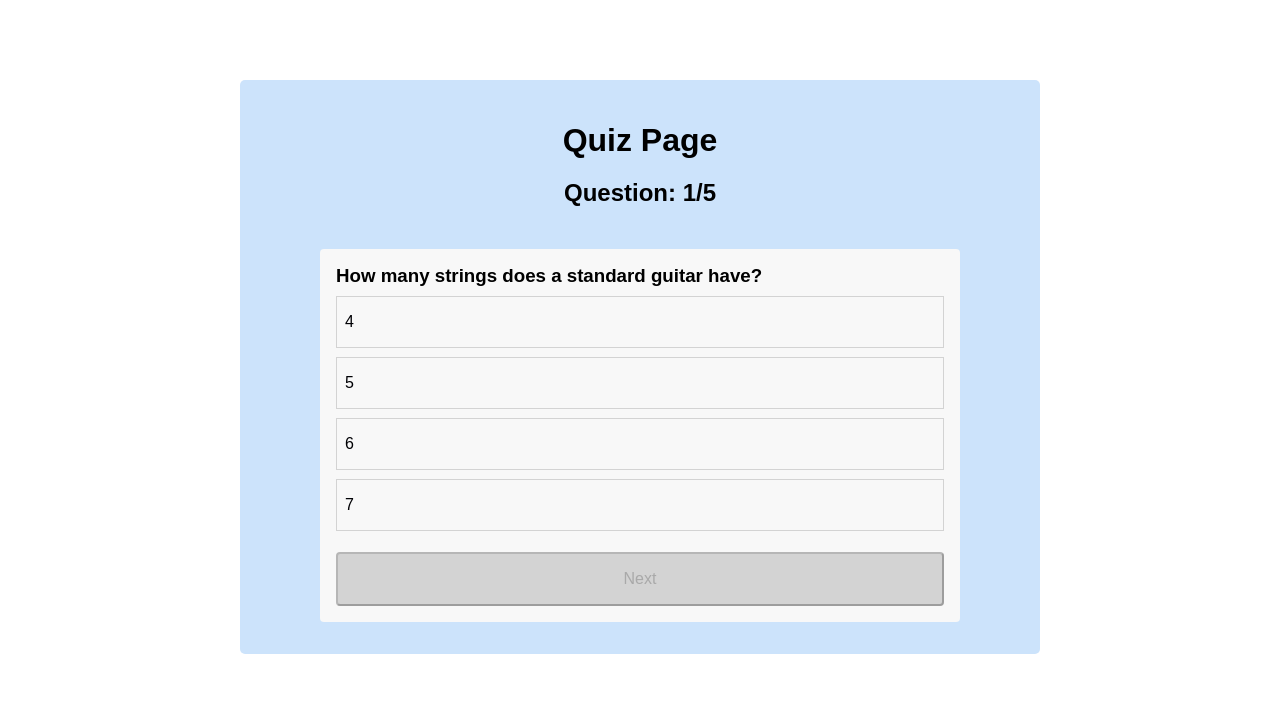
Repository: 1medi/pocketprof
Page: /quiz/page
These files come from the project's save history. The page is drawn as it stood at one moment and after the next save; the edit follows.
The browser window is 1280 px wide. The pictures show the whole page.
The project was rebuilt for these pictures with package versions that can differ from the ones it lists, and the page was loaded fresh each time. The framework's server and built-in components were replaced by stand-ins that run in the browser. Also part of the build but not shown: next.config.mjs, Components/Buttons/Oscar/Oscar.module.css, Components/Buttons/Oscar/index.js.

Above is the page before, as saved 2024-04-12 21:14:13.

### pages/quiz/page.jsx
'use client';
import React, { useState, useRef, useEffect } from 'react';
import { quiz } from "../data"
import styles from "./page.module.css"
import { Montserrat } from "next/font/google"

const notoSans = Montserrat({
  subsets: ['latin'],
});

export default function Page() {
  const [activeQuestion, setActiveQuestion] = useState(0);
  const [selectedAnswer, setSelectedAnswer] = useState('');
  const [checked, setChecked] = useState(false);
  const [selectedAnswerIndex, setSelectedAnswerIndex] = useState(null);
  const [showResult, setShowResult] = useState(false);
  const [result, setResult] = useState({
    score: 0,
    correctAnswers: 0,
    wrongAnswers: 0,
  });

  const nextButtonRef = useRef(null);

  const { questions } = quiz;
  const { answers, correctAnswer } = questions[activeQuestion];

  const onAnswerSelected = (answer, idx, event = null) => {
    if (event && event.type === 'keydown' && (event.key !== 'Enter' && event.key !== ' ')) {
      return;
    }
    setChecked(true);
    setSelectedAnswerIndex(idx);
    if (answer === correctAnswer) {
      setSelectedAnswer(true);
      console.log('true');
    } else {
      setSelectedAnswer(false);
      console.log('false');
    }
  };


  useEffect(() => {
    if (checked && nextButtonRef.current) {
      nextButtonRef.current.focus();
    }
  }, [checked]);

  const nextQuestion = () => {
    setSelectedAnswerIndex(null);
    setResult((prev) =>
      selectedAnswer
        ? {
            ...prev,
            score: prev.score + 5,
            correctAnswers: prev.correctAnswers + 1,
          }
        : {...prev,
            wrongAnswers: prev.wrongAnswers + 1,
          }
    );
    if (activeQuestion !== questions.length - 1) {
      setActiveQuestion((prev) => prev + 1);
    } else {
      setActiveQuestion(0);
      setShowResult(true);
    }
    setChecked(false);
  };

  return (
    <>
        <div className={`${styles.container}`}>
      <h1 className={styles.title}>Quiz Page</h1>
      <div>
        <h2 className={styles.activeQ}>
          Question: {activeQuestion + 1}
          <span>/{questions.length}</span>
        </h2>
      </div>
      <div>
        {!showResult ? (
          <div className={styles.quizContainer}>
            <h3 className={styles.question}>{questions[activeQuestion].question}</h3>
            {answers.map((answer, idx) => (
              <li
                key={idx}
                onClick={() => onAnswerSelected(answer, idx)}
                onKeyDown={(event) => onAnswerSelected(answer, idx, event)}
                className={`${styles.answerList} ${selectedAnswerIndex === idx ? styles.itemSelected : styles.itemHover}`}
                tabIndex={0}>
                <span>{answer}</span>
              </li>
            ))}

            <button
              ref={nextButtonRef}
              onClick={nextQuestion}
              className={checked ? styles.btn : styles.btnDisabled}
              tabIndex={2}
              disabled={!checked}>
              {activeQuestion === questions.length - 1 ? 'Finish' : 'Next'}
            </button>
          </div>
        ) : (
          <div className={styles.quizContainer}>
            <h3 className={styles.hthree}>Results</h3>
            <h3 className={styles.hthree}>Overall {(result.score / (questions.length * 5)) * 100}%</h3>
            <p className={styles.paragraph}>
              Total Questions: <span>{questions.length}</span>
            </p>
            <p className={styles.paragraph}>
              Total Score: <span>{result.score}</span>
            </p>
            <p className={styles.paragraph}>
              Correct Answers: <span>{result.correctAnswers}</span>
            </p>
            <p className={styles.paragraph}>
              Wrong Answers: <span>{result.wrongAnswers}</span>
            </p>
            <button className={styles.btn} onClick={() => window.location.reload()}>Restart</button>
          </div>
        )}
      </div>
    </div>
    </>

  );
};

### pages/api/chat-gpt/route.js
import { NextResponse } from "next/server";

export async function POST(request) {
  return NextResponse.json({
    name: "IT WORKS!!!",
  });
}

### styles/globals.css
:root {
background-color: white;
align-content: center;
--main-color-purple: #53239B;
--main-color-lightpurple: #CCBFED;
--secondary-color-blue: #9AB7F9;
--secondary-color-lightblue: #CCE3FB;

--main-font: "mont", sans-serif;


}


* {
    padding: 0;
    margin: 0;
  }

  ol,
  ul {
    list-style: none;
  }

### pages/data.js
export const quiz = {
    totalQuestions: 5,
    questions: [
      {
        id: 1,
        question: 'How many strings does a standard guitar have?',
        answers: ['4', '5', '6', '7'],
        correctAnswer: '6',
      },
      {
        id: 2,
        question: 'Which part of the guitar do you strum or pluck the strings with?',
        answers: ['Headstock', 'Fretboard', 'Body', 'Bridge'],
        correctAnswer: 'Body',
      },
      {
        id: 3,
        question: 'What is a pick used for in playing the guitar?',
        answers: ['Holding the strings down', 'Strumming or plucking the strings', 'Keeping the guitar in tune', 'San Marino'],
        correctAnswer: 'Strumming or plucking the strings',
      },
      {
        id: 4,
        question: 'What is the name of the thickest string on the guitar?',
        answers: ['A string', 'E string', 'D string', 'G string'],
        correctAnswer: 'E string',
      },
      {
        id: 5,
        question: 'Where do you place your fingers to play different notes on the guitar?',
        answers: ['On the body', 'On the headstock', 'On the strings over the fretboard', 'On the tuning pegs'],
        correctAnswer: 'On the strings over the fretboard',
      },
    ],
  };

### pages/quiz/page.module.css
.container{
  padding: 2rem 5rem;
  background-color: var(--secondary-color-lightblue);
  font-family: "Noto", sans-serif;
  max-width: 740px;
  width: 50%;
  margin: auto;
  margin-top: 5em;
  border-radius: 5px;
}

.title,
.activeQ{
  color: black;
  text-align: center;
  padding:10px;
}

.hthree {
  padding-bottom: 2rem;
  color: #000105;
  font-size: 1.8rem;
}

.btn {
  padding: 16px 8px;
  width: 100%;
  margin-top: 12px;
  font-size: 1rem;
  border-radius: 4px;
  cursor: pointer;
  background-color: var(--main-color-purple);
  color: #f8f8f8;
}

.btnDisabled {
  background-color: lightgray;
  padding: 16px 8px;
  width: 100%;
  margin-top: 12px;
  font-size: 1rem;
  border-radius: 4px;
  color: darkgray;

}

.answerList {
  list-style-type: none;
  cursor: pointer;
  margin: 9px 0;
  padding: 16px 8px;
  color: #000105;
  border: 1px solid lightgray;
}

.itemHover:hover {
  background-color: #CCBFED;
  columns: #fff;
}

.itemSelected {
  color: #fff;
  background-color:#8E71D5;
}

.quizContainer {
  background-color: #f8f8f8;
  padding: 1rem;
  margin-top: 2rem;
  border-radius: 4px;
}

.paragraph {
  padding: 8px 0;
}

### Components/Header/index.js
import styles from "@/Components/Header/Header.module.css"
import Link from "next/link"

export default function Header({
  name
}){
  return (
    <>
    <header className={styles.header}>
      <h1 className={styles.headerTitle}>{name}</h1>


    </header>
    </>
  )
}

### Components/Navbar/index.js
import styles from "./Navbar.module.css"
import Oscar from "@/Components/Buttons/Oscar"
import Link from "next/link"

export default function NavBar() {
  return (
    <nav className={styles.nav}>
        <div className={styles.navContainer}>
          <ul className={styles.navOptions}>
            <li className={styles.navLink}>
            <Link href={'/Components'} className={styles.navText}>Components </Link>
            </li>
            <li className={styles.navLink}>
            <Link href={'/LandingPage'} className={styles.navText}>Landing Page </Link>
            </li>
            <li className={styles.navLink}>
            <Link href={'/Profile'} className={styles.navText}>Profile </Link>
            </li>
            <li className={styles.navLink}>
            <Link href={'/QuizPage'} className={styles.navText}>Quiz</Link>
            </li>
            <li className={styles.navLink}>
            <Link href={'/Settings'} className={styles.navText}>Settings</Link>
            </li>
            <li className={styles.navLink}>
            <Link href={'/Subjects'} className={styles.navText}>Subjects</Link>
            </li>
          </ul>

        </div>
    </nav>
  )
}

### Components/Header/Header.module.css
.header {
  background: linear-gradient(
    to bottom right,
    var(--main-color-purple),
    var(--main-color-lightpurple),
    var(--secondary-color-lightblue),
    var(--secondary-color-blue)
  );
  max-width: 430px;
  width: 100%;
}

### Components/Navbar/Navbar.module.css
.nav {
  position: fixed;
  bottom: 0;
  left: 0;
  max-width: 430px;
  width: 100%;
  display: flex;
  flex-direction: row;
  background-color:#8E71D5;
  justify-content: center;
}

.buttonContainer{
  padding:10px;

}

.navOptions{
  display: flex;
  flex-direction: row;
  text-align: center;
  justify-content: center;
  padding: 10px;
  text-decoration: none;
}

.navLink{
  padding: 10px;
  border-radius: 10px;
  text-decoration: none;
  list-style: none;
}

.navLink:hover{
  background-color: #CCBFED;
}

.navText{
  text-decoration: none;
  list-style: none;
  color:black;
}

.navText:visited{
  text-decoration: none;
  list-style: none;
  color: black;
}

Loaded but not shown: pages/_app.js (common file); pages/_document.js (common file); pages/api/hello.js (common file); pages/api/askOscar.js (no copy from this time; the picture is the same without it); pages/api/chat.js (no copy from this time; the picture is the same without it); pages/api/image.js (no copy from this time; the picture is the same without it)

After the next save:
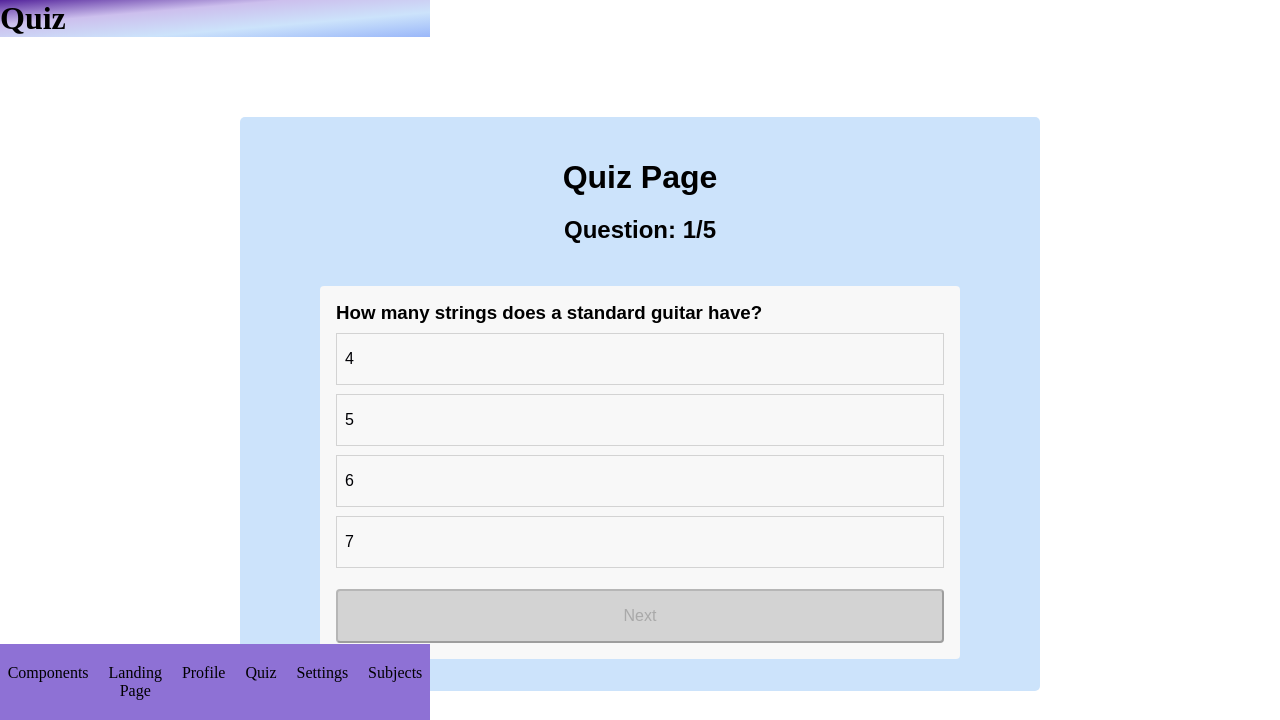
Saved 103 s later.
--- a/pages/quiz/page.jsx
+++ b/pages/quiz/page.jsx
@@ -3,6 +3,9 @@ import React, { useState, useRef, useEffect } from 'react';
 import { quiz } from "../data"
 import styles from "./page.module.css"
 import { Montserrat } from "next/font/google"
+import Header from '@/Components/Header';
+import NavBar from "@/Components/Navbar"
+
 
 const notoSans = Montserrat({
   subsets: ['latin'],
@@ -71,7 +74,8 @@ export default function Page() {
 
   return (
     <>
-        <div className={`${styles.container}`}>
+    <Header name="Quiz"/>
+      <div className={`${styles.container}`}>
       <h1 className={styles.title}>Quiz Page</h1>
       <div>
         <h2 className={styles.activeQ}>
@@ -124,6 +128,7 @@ export default function Page() {
         )}
       </div>
     </div>
+    <NavBar/>
     </>
 
   );
